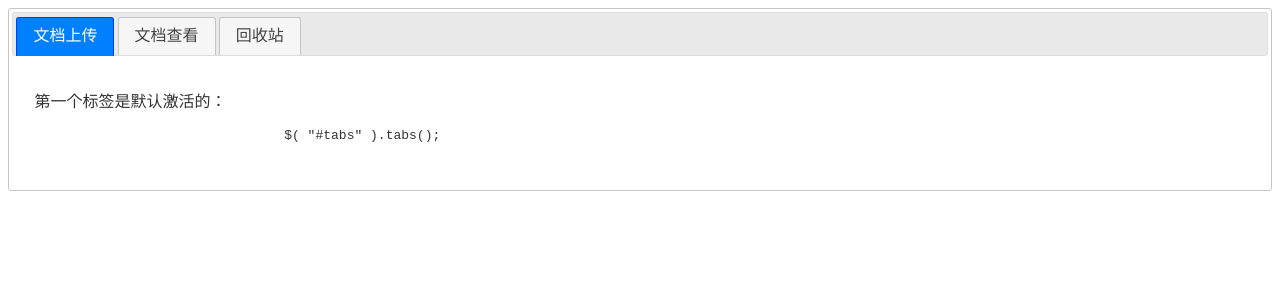
Repository: krzyty/OA_USST
Page: http://localhost/USSTOA/filemanage.jsp
The author's editor kept a copy of each file at every save. The page is drawn from the files as they stood at one save, then again after the next save.
The browser window is 1280 px wide. The pictures show the whole page.
Some web libraries are served in a nearby version. The page is served by Tomcat 9. Nobody is signed in. The application's start-up code is not run. Other server files are loaded and not shown.

Above is the page before, as saved 2017-06-29 03:09:23.

### USSTOA/WebContent/filemanage.jsp
<%@ page language="java" contentType="text/html; charset=UTF-8"
	pageEncoding="UTF-8"%>
<!DOCTYPE html PUBLIC "-//W3C//DTD HTML 4.01 Transitional//EN" "http://www.w3.org/TR/html4/loose.dtd">
<html>
<head>
<meta http-equiv="Content-Type" content="text/html; charset=UTF-8">
<title>文档管理</title>
<!-- <link rel="stylesheet" href="/css/jquery-ui.css">
<script src="/js/jquery-1.9.1.js"></script>
<script src="/js/jquery-ui.js"></script> -->
<link rel="stylesheet"
	href="//apps.bdimg.com/libs/jqueryui/1.10.4/css/jquery-ui.min.css">
<script src="//apps.bdimg.com/libs/jquery/1.10.2/jquery.min.js"></script>
<script src="//apps.bdimg.com/libs/jqueryui/1.10.4/jquery-ui.min.js"></script>
<script>
	$(function() {
		$("#tabs").tabs();
	});
</script>
</head>
<body>
	<div id="tabs">
		<ul>
			<li><a href="#fragment-1"><span>文档上传</span> </a>
			</li>
			<li><a href="#fragment-2"><span>文档查看</span> </a>
			</li>
			<li><a href="#fragment-3"><span>回收站</span> </a>
			</li>
		</ul>
		<div id="fragment-1">
			<p>第一个标签是默认激活的：</p>
			<pre>
				<code>$( "#tabs" ).tabs(); </code>
			</pre>
		</div>
		<div id="fragment-2">Lorem ipsum dolor sit amet, consectetuer
			adipiscing elit, sed diam nonummy nibh euismod tincidunt ut laoreet
			dolore magna aliquam erat volutpat. Lorem ipsum dolor sit amet,
			consectetuer adipiscing elit, sed diam nonummy nibh euismod tincidunt
			ut laoreet dolore magna aliquam erat volutpat.</div>
		<div id="fragment-3">Lorem ipsum dolor sit amet, consectetuer
			adipiscing elit, sed diam nonummy nibh euismod tincidunt ut laoreet
			dolore magna aliquam erat volutpat. Lorem ipsum dolor sit amet,
			consectetuer adipiscing elit, sed diam nonummy nibh euismod tincidunt
			ut laoreet dolore magna aliquam erat volutpat. Lorem ipsum dolor sit
			amet, consectetuer adipiscing elit, sed diam nonummy nibh euismod
			tincidunt ut laoreet dolore magna aliquam erat volutpat.</div>
	</div>

</body>
</html>

After the next save:
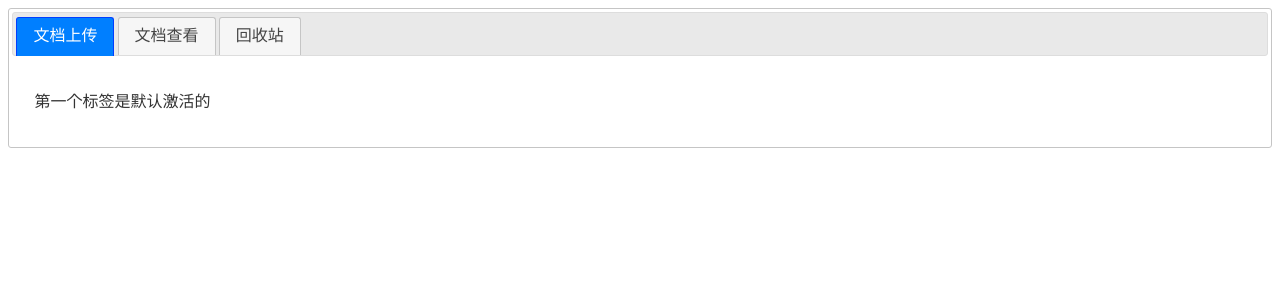
Saved 50 s later.
--- a/USSTOA/WebContent/filemanage.jsp
+++ b/USSTOA/WebContent/filemanage.jsp
@@ -29,10 +29,7 @@
 			</li>
 		</ul>
 		<div id="fragment-1">
-			<p>第一个标签是默认激活的：</p>
-			<pre>
-				<code>$( "#tabs" ).tabs(); </code>
-			</pre>
+			<p>第一个标签是默认激活的</p>
 		</div>
 		<div id="fragment-2">Lorem ipsum dolor sit amet, consectetuer
 			adipiscing elit, sed diam nonummy nibh euismod tincidunt ut laoreet
